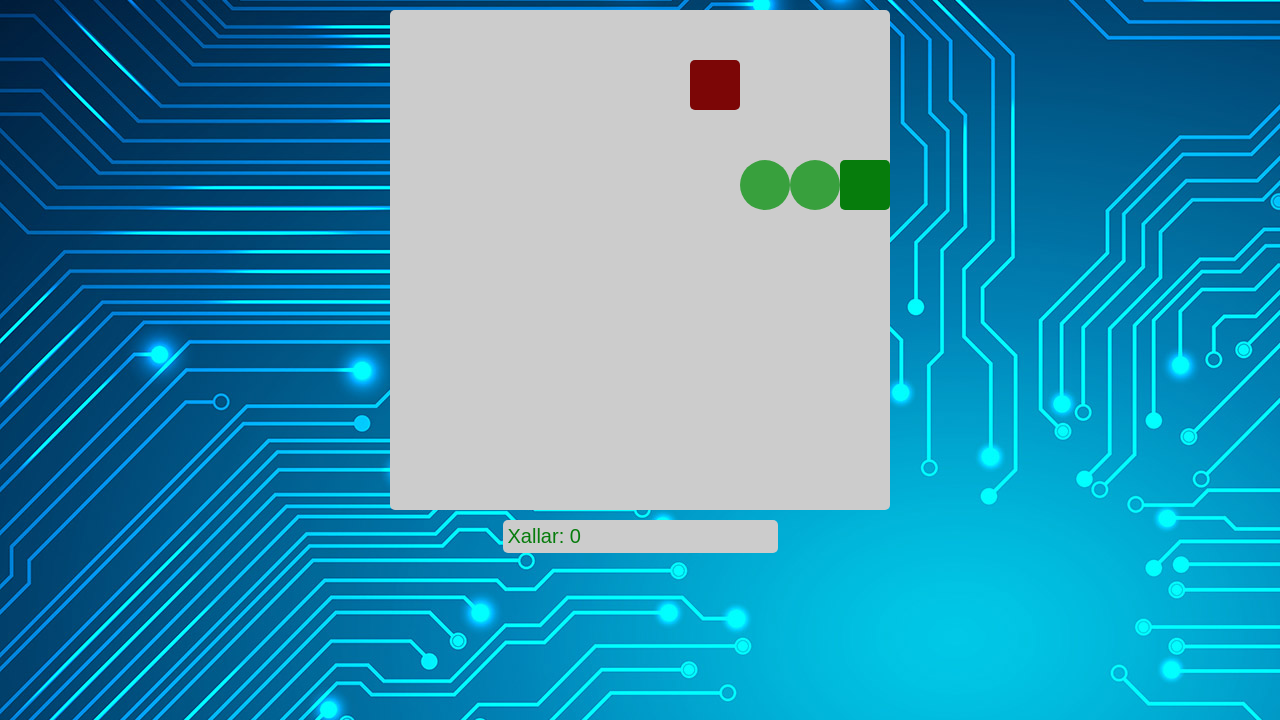
Repository: elvinyeka/SnakeGame
Page: index.html
An editor plug-in stored every save of this project. The page is shown before and after the next save, followed by the edit.
The browser window is 1280 px wide. The pictures show the whole page.

Above is the page before, as saved 2020-11-08 19:52:12.

After the next save:
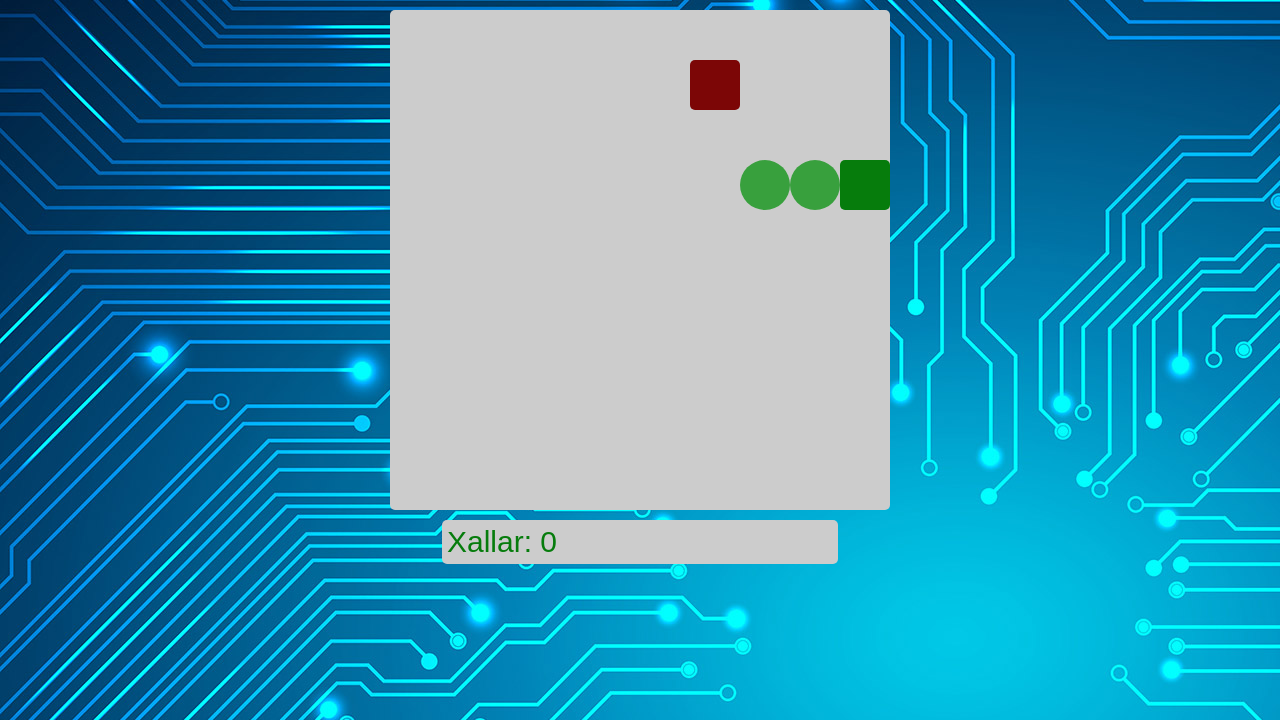
Saved 75 s later.
--- a/js/snake.js
+++ b/js/snake.js
@@ -71,7 +71,7 @@ document.body.appendChild(input);
 input.style.cssText = `
 margin: auto;
 margin-top:10px;
-font-size: 20px;
+font-size: 30px;
 padding: 5px;
 color: #067c0c;
 background-color: #cccccc;
